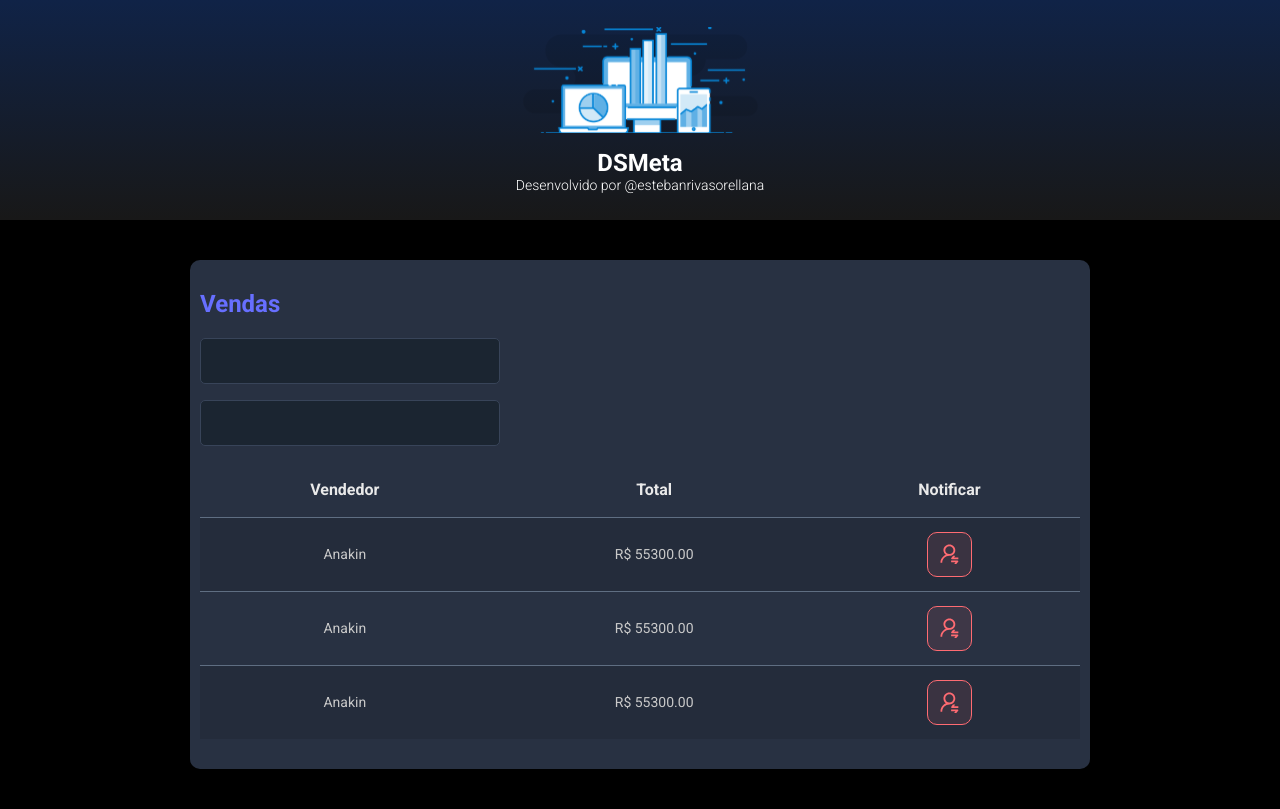
Repository: estebanrivas/dsmeta-css
Page: index.html
The author's editor kept a copy of each file at every save. The page is drawn from the files as they stood at one save, then again after a run of saves.
The browser window is 1280 px wide. The pictures show the whole page.

Above is the page before, as saved 2022-09-08 22:17:18.

### index.html
<!DOCTYPE html>
<html lang="en">

<head>
    <meta charset="UTF-8">
    <meta http-equiv="X-UA-Compatible" content="IE=edge">
    <meta name="viewport" content="width=device-width, initial-scale=1.0">
    <title>DSMeta</title>

    <link rel="stylesheet" href="css/styles.css">
</head>

<body>
    <header>
        <div class="dsmeta-logo-container">
            <img src="images/logo.svg" alt="DSMeta">
            <h1>DSMeta</h1>
            <p>Desenvolvido por
                <a href="https://www.instagram.com/estebanrivasorellana/">@estebanrivasorellana</a>
            </p>
        </div>
    </header>

    <main>
        <section id="sales">
            <div class="dsmeta-container">
                <div class="dsmeta-card">
                    <h2 class="dsmeta-sales-title">Vendas</h2>

                    <div>
                        <div class="dsmeta-form-control-container">
                            <input class="dsmeta-form-control" type="text">
                        </div>
                        <div class="dsmeta-form-control-container">
                            <input class="dsmeta-form-control" type="text">
                        </div>
                    </div>

                    <div>
                        <table class="dsmeta-sales-table">
                            <thead>
                                <tr>
                                    <th>Vendedor</th>
                                    <th>Total</th>
                                    <th>Notificar</th>
                                </tr>
                            </thead>
                            <tbody>
                                <tr>
                                    <td>Anakin</td>
                                    <td>R$ 55300.00</td>
                                    <td>
                                        <div class="dsmeta-red-btn-container">
                                            <div class="dsmeta-red-btn">
                                                <img src="images/notification-icon.svg" alt="Notificar">
                                            </div>
                                        </div>
                                    </td>
                                </tr>
                                <tr>
                                    <td>Anakin</td>
                                    <td>R$ 55300.00</td>
                                    <td>
                                        <div class="dsmeta-red-btn-container">
                                            <div class="dsmeta-red-btn">
                                                <img src="images/notification-icon.svg" alt="Notificar">
                                            </div>
                                        </div>
                                    </td>
                                </tr>
                                <tr>
                                    <td>Anakin</td>
                                    <td>R$ 55300.00</td>
                                    <td>
                                        <div class="dsmeta-red-btn-container">
                                            <div class="dsmeta-red-btn">
                                                <img src="images/notification-icon.svg" alt="Notificar">
                                            </div>
                                        </div>
                                    </td>
                                </tr>
                            </tbody>
                        </table>
                    </div>
                </div>
            </div>
        </section>
    </main>


</body>

</html>

### css/styles.css
@import url("https://fonts.googleapis.com/css2?family=Roboto:wght@300;400;700&display=swap");

* {
  font-family: "Roboto", sans-serif;
  box-sizing: border-box;
  margin: 0;
  padding: 0;
}

body,
html {
  background-color: #000;
  color: #fff;
}

a,
a:hover,
a:visited {
  color: unset;
  text-decoration: none;
}

header {
  height: 220px;
  background: linear-gradient(180deg, #102347 0%, #181818 100%);
  display: flex;
  align-items: center;
  justify-content: center;
}

.dsmeta-logo-container {
  display: flex;
  flex-direction: column;
  align-items: center;
}

.dsmeta-logo-container img {
  width: 235px;
}

.dsmeta-logo-container h1 {
  padding-top: 15px;
  font-size: 24px;
}

.dsmeta-logo-container p {
  font-size: 14px;
  font-weight: 300;
}

#sales {
  padding: 40px 10px;
}

.dsmeta-container {
  width: 100%;
  max-width: 900px;
  margin: 0 auto;
}

.dsmeta-card {
  background-color: #283142;
  border-radius: 10px;
  padding: 30px 10px;
}

.dsmeta-form-control-container {
  margin-bottom: 16px;
  max-width: 300px;
}

.dsmeta-form-control {
  width: 100%;
  height: 46px;
  background-color: #1b2531;
  border: 1px solid #384459;
  border-radius: 5px;
  color: #9aaabe;
  padding: 0 20px;
  font-size: 18px;
  font-weight: 400;
}

.dsmeta-sales-title {
  color: #676fff;
  font-size: 24px;
  margin-bottom: 20px;
}

.dsmeta-sales-table {
  width: 100%;
  border-spacing: 0;
  border-collapse: collapse;
}

.dsmeta-sales-table thead {
  height: 55px;
  font-size: 16px;
  color: #e9e9e9;
  font-weight: 700;
}

.dsmeta-sales-table tbody {
  font-size: 14px;
  font-weight: 400;
  color: #c9c9c9;
  text-align: center;
}

.dsmeta-sales-table tbody tr {
  height: 74px;
  border-top: 1px solid #5f6e82;
}

.dsmeta-sales-table tbody tr:hover > td {
  background-color: #384459;
}

.dsmeta-sales-table tbody tr:nth-child(odd) {
  background-color: #242c3b;
}

.dsmeta-red-btn-container{
    display: flex;
    justify-content: center;
}

.dsmeta-red-btn {
  height: 45px;
  width: 45px;
  display: flex;
  align-items: center;
  justify-content: center;
  background: rgba(255, 107, 114, 0.1);
  border: 1px solid #ff6b72;
  border-radius: 10px;
  cursor: pointer;
}

.dsmeta-red-btn img{
    width: 19px;
}

After the next 3 saves:
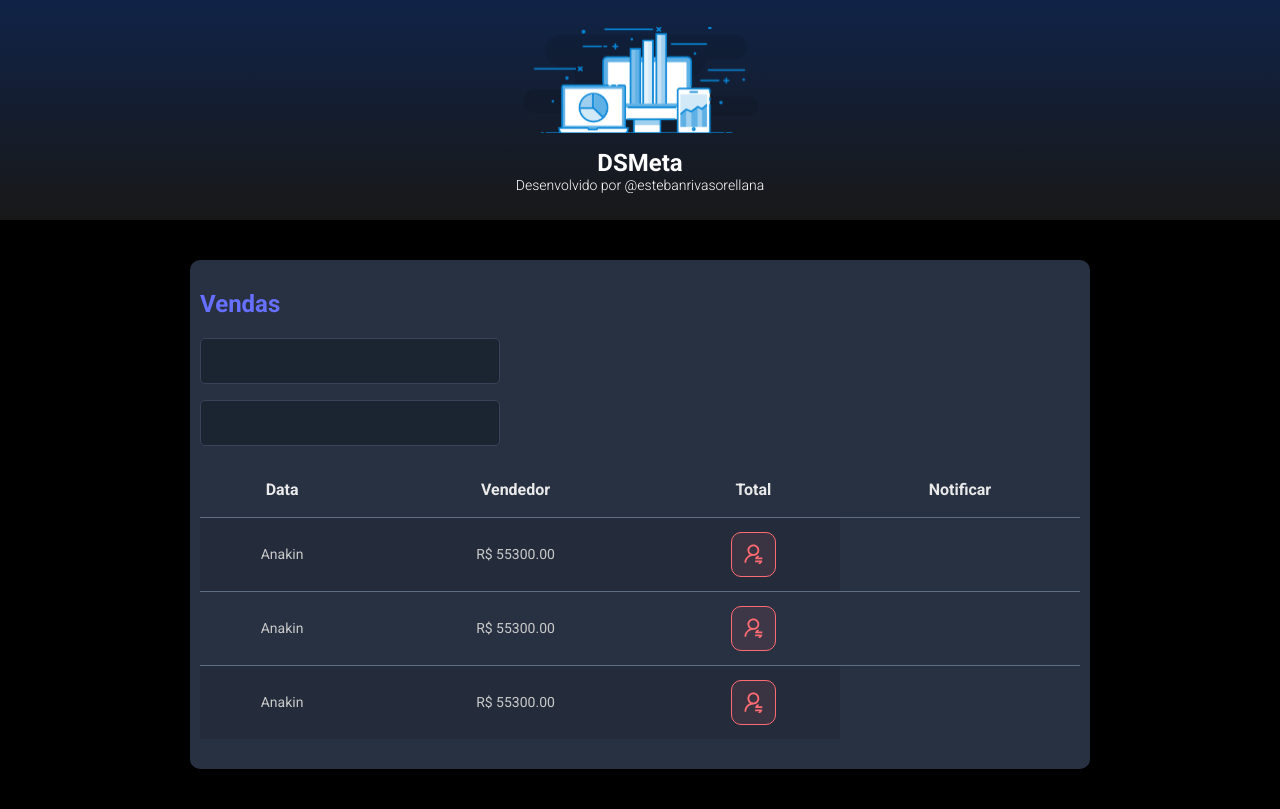
The 3 saves are shown as one change because they came seconds apart.
The last was saved 100 s later.
--- a/index.html
+++ b/index.html
@@ -40,6 +40,7 @@
                         <table class="dsmeta-sales-table">
                             <thead>
                                 <tr>
+                                    <th>Data</th>
                                     <th>Vendedor</th>
                                     <th>Total</th>
                                     <th>Notificar</th>
